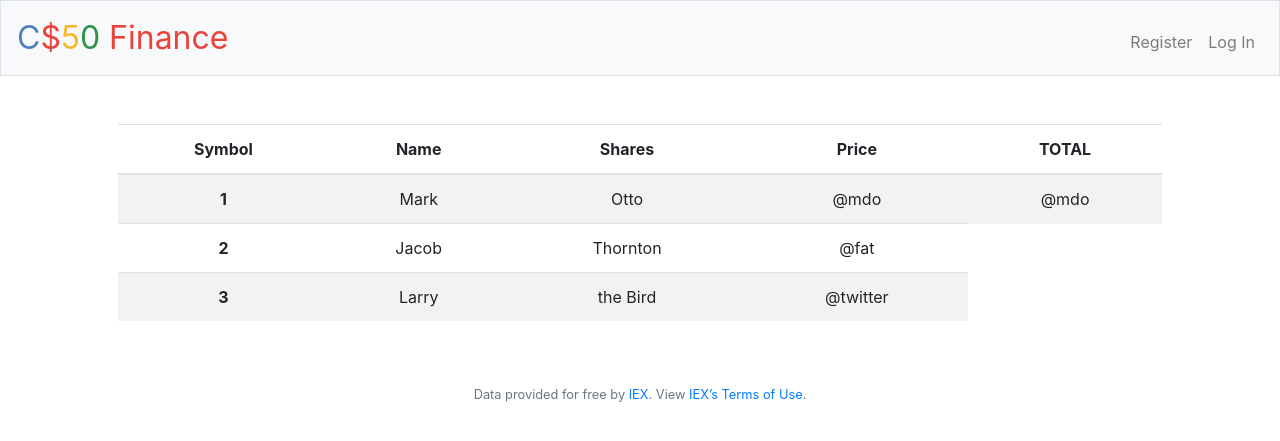
Repository: tavrora/cs50_ide
Page: pset8/finance/templates/apology.html
The author's editor kept a record of every edit. The page is drawn from the files as they stood at one moment, then again after the next edit.
The browser window is 1280 px wide. The pictures show the whole page.
The template is drawn by Flask 3. The application's start-up code is not run. The template is opened directly, without the code that normally fills it, so the values that code supplies are empty.

Above is the page before.

After the next edit:
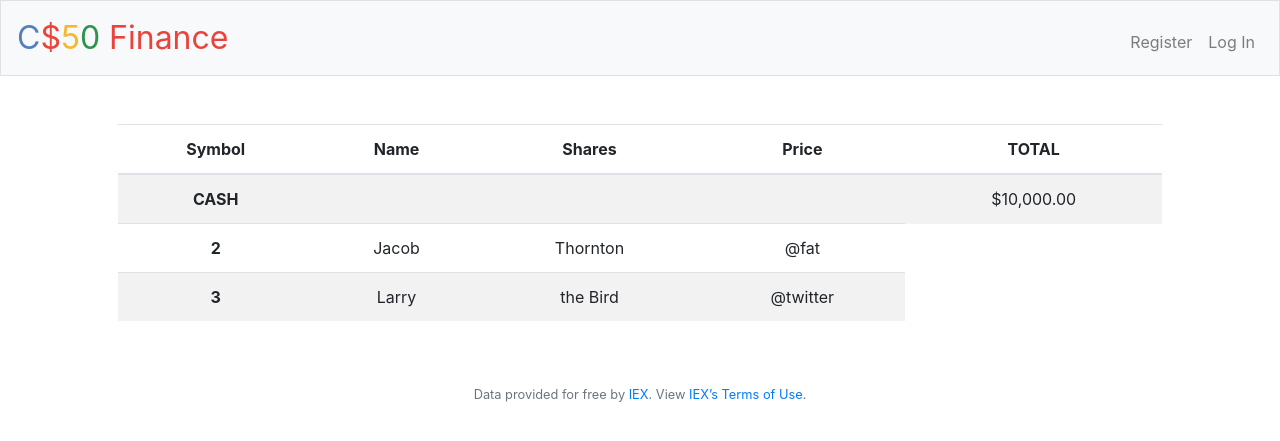
The edit:
--- a/pset8/finance/templates/apology.html
+++ b/pset8/finance/templates/apology.html
@@ -19,11 +19,11 @@
         </thead>
         <tbody>
             <tr>
-                <th scope="row">1</th>
-                <td>Mark</td>
-                <td>Otto</td>
-                <td>@mdo</td>
-                <td>@mdo</td>
+                <th scope="row">CASH</th>
+                <td></td>
+                <td></td>
+                <td></td>
+                <td>$10,000.00</td>
             </tr>
             <tr>
                 <th scope="row">2</th>
